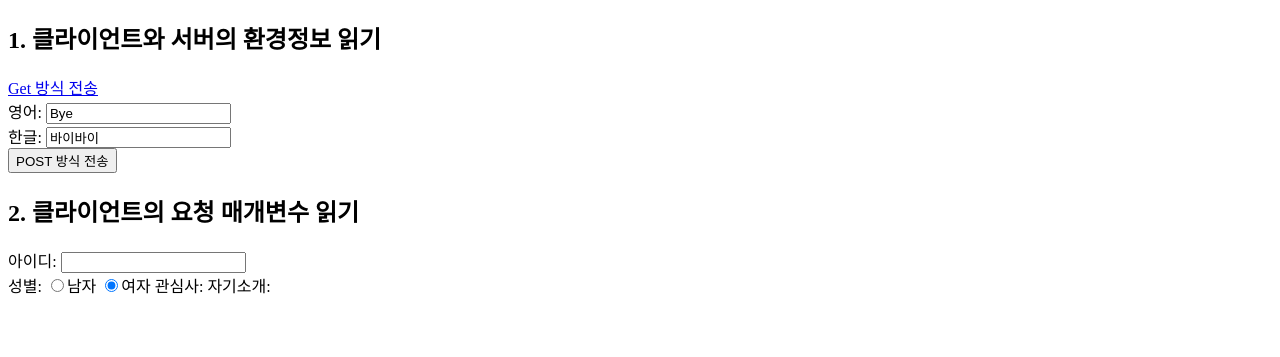
Repository: bhj305/JSP_Servlet
Page: http://localhost/MustHaveJSP/02ImplicitObject/RequestMain.jsp
These files come from the project's save history. The page is drawn as it stood at one moment and after the next save; the edit follows.
The browser window is 1280 px wide. The pictures show the whole page.
The page is served by Tomcat 10. Other server files are loaded and not shown.

Above is the page before, as saved 2025-05-02 05:51:30.

### MustHaveJSP/src/main/webapp/02ImplicitObject/RequestMain.jsp
<%@ page language="java" contentType="text/html; charset=UTF-8"
    pageEncoding="UTF-8"%>
<!DOCTYPE html>
<html>
	<head>
	<meta charset="UTF-8">
	<title>내장 객체 - request</title>
	</head>
	<body>
		<h2>1. 클라이언트와 서버의 환경정보 읽기</h2>
		<a href='./RequestWebInfo.jsp?eng=Hello&han=안녕'>
		Get 방식 전송
		</a>
		<br/>
		<form action="./RequestWebInfo.jsp" method="post" accept-charset="UTF-8">
			영어: <input type="text" name="eng" value="Bye" /><br/>
			한글: <input type="text" name="han" value="바이바이" /><br/>
			<input type="submit" value ="POST 방식 전송"/>
		</form>

		<h2>2. 클라이언트의 요청 매개변수 읽기</h2>
		<form method="post" action="RequestParameter.jsp">
			아이디: <input type="text" name="id" value="" /><br/>
			성별: <input type="radio" name="gender" value="man" />남자
			<input type="radio" name="gender" value="woman" checked = "checked"/>여자
			관심사:
			자기소개:
		</form>
	</body>
</html>

After the next save:
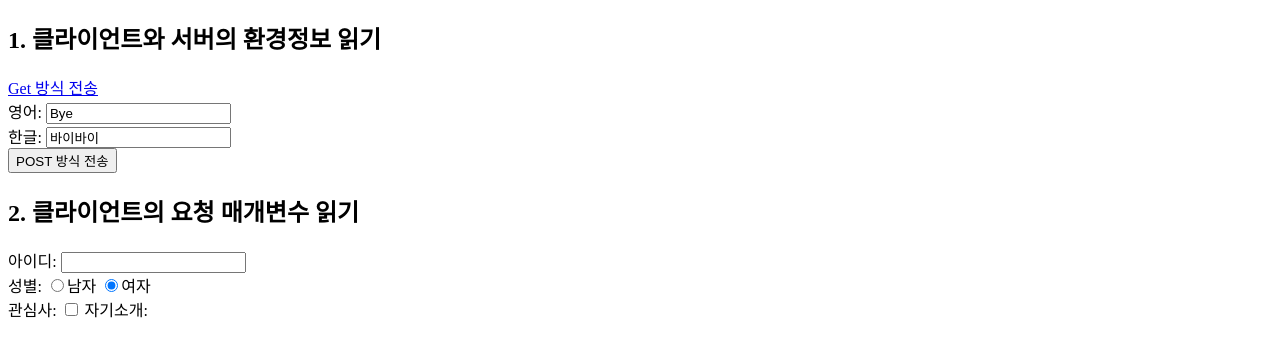
Saved 32 s later.
--- a/MustHaveJSP/src/main/webapp/02ImplicitObject/RequestMain.jsp
+++ b/MustHaveJSP/src/main/webapp/02ImplicitObject/RequestMain.jsp
@@ -22,8 +22,8 @@
 		<form method="post" action="RequestParameter.jsp">
 			아이디: <input type="text" name="id" value="" /><br/>
 			성별: <input type="radio" name="gender" value="man" />남자
-			<input type="radio" name="gender" value="woman" checked = "checked"/>여자
-			관심사:
+			<input type="radio" name="gender" value="woman" checked = "checked"/>여자 <br/>
+			관심사: <input type="checkbox" name="favo" value="eco"/>
 			자기소개:
 		</form>
 	</body>
